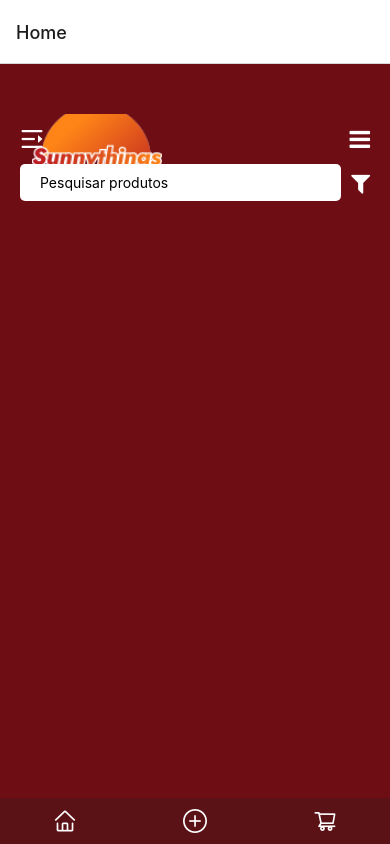
Repository: Luizzzin/SuperMercado
Screen: / (app in suny/)
The author's editor kept a copy of each file at every save. The screen is drawn from the files as they stood at one save, then again after the next save.
The app was drawn by React Native's web renderer in a window 390 px wide. The project was rebuilt for these pictures with package versions that can differ from the ones it lists, and the page was loaded fresh each time.

Above is the screen before, as saved 2024-05-09 11:22:01.

### suny/App.js
import React from 'react';
import { NavigationContainer } from '@react-navigation/native';
import { createStackNavigator } from '@react-navigation/stack';
import Routes from './routes'; // Importe o componente Routes

const Stack = createStackNavigator();

const App = () => {
  return <Routes />;
}

export default App;

### suny/routes.js
import React from 'react';
import { NavigationContainer } from '@react-navigation/native';
import { createStackNavigator } from '@react-navigation/stack';
import HomeScreen from './HomeScreen'; // Importe o componente HomeScreen

const Stack = createStackNavigator();

const Routes = () => {
  return (
    <NavigationContainer>
      <Stack.Navigator>
        <Stack.Screen name="Home" component={HomeScreen} />
        {/* Aqui você adicionaria outras telas */}
      </Stack.Navigator>
    </NavigationContainer>
  );
}

export default Routes;

### suny/HomeScreen.js
import React from 'react';
import { View, Text, StyleSheet, TouchableOpacity, TextInput, Image, ScrollView } from 'react-native';
import { AntDesign, FontAwesome } from '@expo/vector-icons'; // Certifique-se de instalar o pacote expo-vector-icons

const HomeScreen = () => {
  return (
    <View style={styles.container}>
      {/* Header */}
      <View style={styles.header}>
        <TouchableOpacity onPress={() => console.log("Menu clicked")}>
          <AntDesign name="menu-fold" size={24} color="white" />
        </TouchableOpacity>
        <Image source={require('./path/to/your/logo.png')} style={styles.logo} />
        <TouchableOpacity onPress={() => console.log("Hamburger clicked")}>
          <FontAwesome name="bars" size={24} color="white" />
        </TouchableOpacity>
      </View>

      {/* Search Bar */}
      <View style={styles.searchBar}>
        <TextInput
          style={styles.input}
          placeholder="Pesquisar produtos"
        />
        <TouchableOpacity onPress={() => console.log("Filter clicked")}>
          <FontAwesome name="filter" size={24} color="white" />
        </TouchableOpacity>
      </View>

      {/* Category Carousel */}
      <ScrollView horizontal style={styles.carousel}>
        {/* Render your 7 category images here */}
      </ScrollView>

      {/* Product Cards */}
      <ScrollView style={styles.productContainer}>
        {/* Render your product cards here */}
      </ScrollView>

      {/* Tab Bar */}
      <View style={styles.tabBar}>
        <TouchableOpacity onPress={() => console.log("Home clicked")} style={styles.tabItem}>
          <AntDesign name="home" size={24} color="white" />
        </TouchableOpacity>
        <TouchableOpacity onPress={() => console.log("Add clicked")} style={styles.tabItem}>
          <AntDesign name="pluscircleo" size={24} color="white" />
        </TouchableOpacity>
        <TouchableOpacity onPress={() => console.log("Cart clicked")} style={styles.tabItem}>
          <AntDesign name="shoppingcart" size={24} color="white" />
        </TouchableOpacity>
      </View>
    </View>
  );
}

const styles = StyleSheet.create({
  container: {
    flex: 1,
    backgroundColor: '#6F0D15',
  },
  header: {
    flexDirection: 'row',
    justifyContent: 'space-between',
    alignItems: 'center',
    paddingHorizontal: 20,
    paddingTop: 50,
  },
  logo: {
    width: 130,
    height: 50,
    right: 100,
  },
  searchBar: {
    flexDirection: 'row',
    alignItems: 'center',
    paddingHorizontal: 20,
    marginTop: 0,
  },
  input: {
    flex: 1,
    backgroundColor: 'white',
    borderRadius: 5,
    paddingVertical: 10,
    paddingHorizontal: 20,
    marginRight: 10,
  },
  carousel: {
    marginTop: 20,
    paddingHorizontal: 20,
    marginBottom: 20,
  },
  productContainer: {
    paddingHorizontal: 20,
  },
  tabBar: {
    flexDirection: 'row',
    justifyContent: 'space-around',
    backgroundColor: '#5A1217',
    paddingVertical: 10,
  },
  tabItem: {
    flex: 1,
    alignItems: 'center',
  },
});

export default HomeScreen;

After the next save:
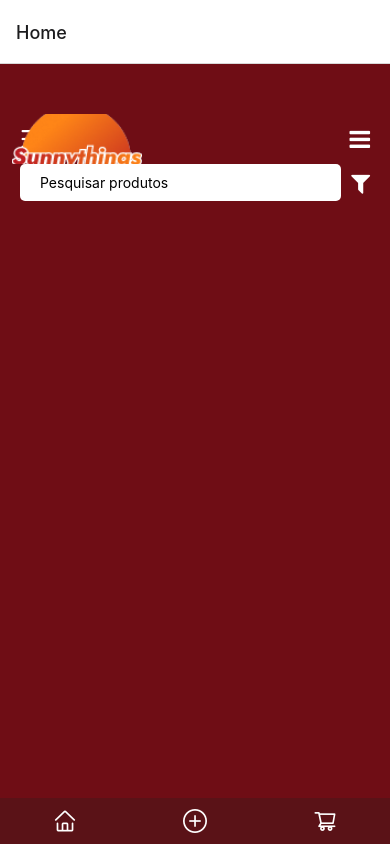
Saved 6 s later.
--- a/suny/HomeScreen.js
+++ b/suny/HomeScreen.js
@@ -68,7 +68,7 @@
   logo: {
     width: 130,
     height: 50,
-    right: 100,
+    right: 120,
   },
   searchBar: {
     flexDirection: 'row',
